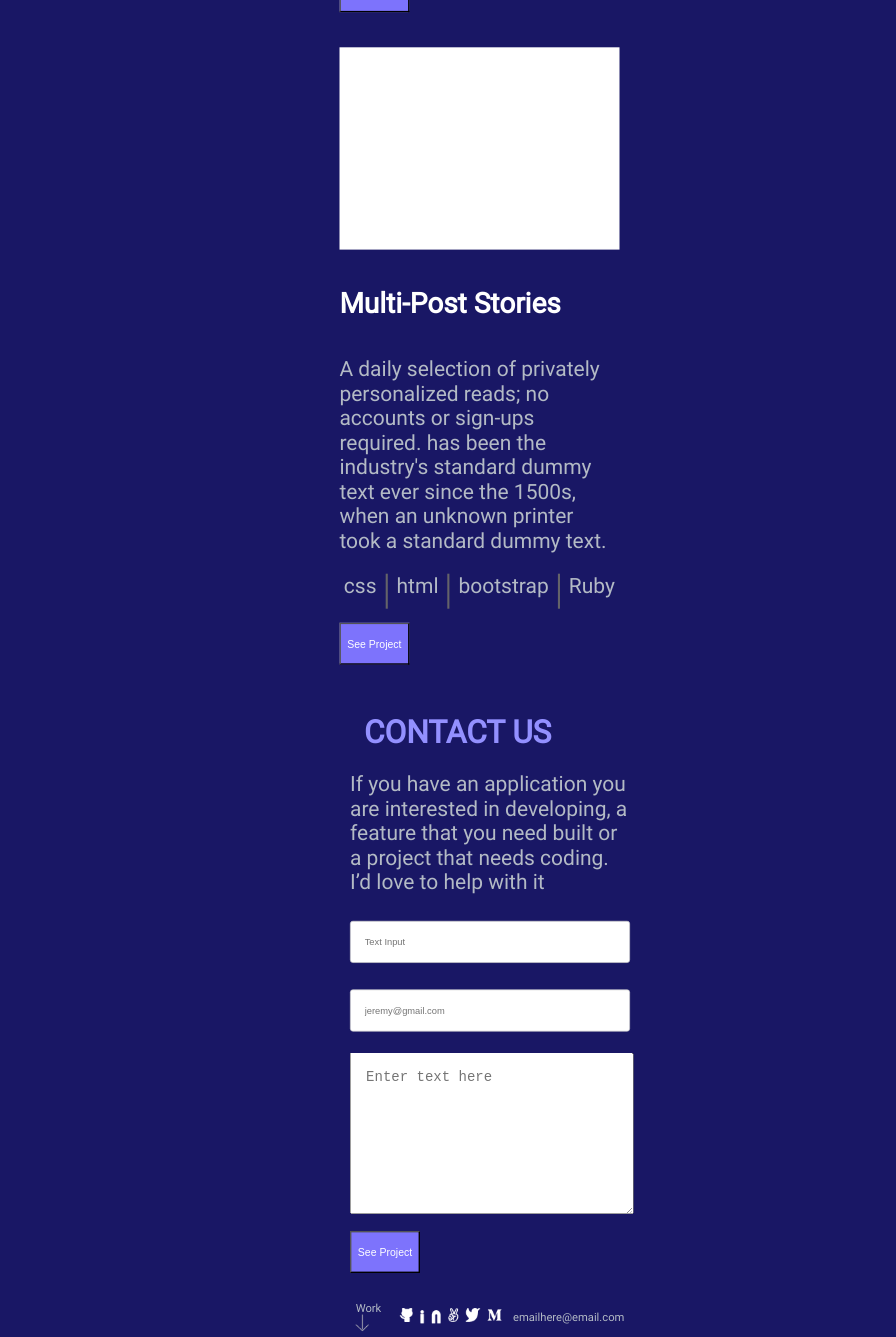
Repository: mustabbas/Portfolio
Page: index.html
The author's editor kept a copy of each file at every save. The page is drawn from the files as they stood at one save, then again after the next save.
The browser window is 1280 px wide. The pictures show the part of the page from y = 3942 to 5862 px (the page is 5852 px tall before and 5862 px after), at 70% of full size.

Above is the page before, as saved 2021-08-17 17:56:11.

### index.html
<!DOCTYPE html>
<html lang="en">
<head>
    <meta charset="UTF-8">
    <meta name="viewport" content="width=device-width, initial-scale=1.0">
    <meta http-equiv="X-UA-Compatible" content="ie=edge">
    <link rel="stylesheet" href="style.css"/>
    <title>Mustafa Portfolio</title>
</head>
<body>
    <section class="container">
        <header class="header">
            <a href="#"><h2>Mustafa Abbas</h2></a>
            <nav class="humberger">
            <img  src="./assets/img/humberger.png" alt="humberger"/>
            <img  src="./assets/img/humberger.png" alt="humberger"/>
            <img  src="./assets/img/humberger.png" alt="humberger"/>
            </nav>
            <ul class="main-nav">
                <li><a href="#">Portoflio</a></li>
                <li><a href="#">About</a></li>
                <li><a href="#">Contact</a></li>
                <li ><a href="#"><img class="email-pic" src="./assets/img/Icon-Mail.png" alt="email"/></a></li >
            </ul>
        </header>
        <div class="head-wraper">
            <div class="title-wraper">
                <h1>Mustafa Abbas</h1>
                <h2>Software Developer</h2>
            </div>
        </div>
        <div class="box"><p>I can help you build a product , feature or website Look through some of my work and experience! If you like what you see and have a project you need coded,  don’t hestiate to contact me.</p></div>
        <div class="line"></div>
        <div class="skills">
        <ul>
            <li>Language</li>
            <li>Javascript</li>
            <li>Ruby</li>
            <li>Html</li>
            <li>Css</li>
        </ul>
        <ul>
            <li>Frameworks</li>
            <li>Ruby on Rails</li>
            <li>Bootstrap</li>
            <li>RSPec</li>
            <li>CapyBara</li>
        </ul>
        <ul>
            <li>Skills</li>
            <li>Codekit</li>
            <li>Github</li>
            <li>Codepen</li>
            <li>Gitlab</li>
        </ul>
      </div>
      <div class="line"></div>
    </section>
        <div class="footer-nav">
            <div class="work-container upper">
            <span>Work</span>
            <div class="arrow-container">
            <img src="./assets/img/Vector-line-arrow.png" alt="Vector-line-arrow"/>
            <img src="./assets/img/Vector-arrow.png" alt="Vector-arrow"/>
             </div>
            </div>
            <div class="vector-container">
                <ul>
                    <li><img src="./assets/img/Vector-github.png" alt="Vector-github"/></li>
                    <li>
                        <div class="linked-container">
                            <div>
                                <img src="./assets/img/Vector-dot-linkedin.png" alt="Vector-dot-linkedin"/>
                                <img src="./assets/img/Vector-line-linkedin.png" alt="Vector-line-linkedin"/>
                          </div>
                                <img id="vector2" src="./assets/img/Vector-n-linkedin.png" alt="Vector-n-linkedin"/>
                         </div>
                    </li>
                    <li> <img src="./assets/img/Vector.png" alt="Vector"/></li>
                    <li><img src="./assets/img/Vector-twitter.png" alt="Vector-twitter"/></li>
                    <li> <img src="./assets/img/Vector-M.png" alt="Vector-M"/></li>
                </ul>

             </div>
             <div class="work-container">
            <div class="arrow-container">
            <img src="./assets/img/Vector-line-arrow.png" alt="Vector-line-arrow"/>
            <img src="./assets/img/Vector-arrow.png" alt="Vector-arrow"/>
            </div>
            <span>Work</span>
            </div>
        </div>
    <section class="recent-work">
    <h3>My recent work</h3>
    <div class="line"></div>
    <div class="card">
       <img src="./assets/img/Placeholder.png" alt="Placeholder"/>
       <div class="card-body">
           <h4>Multi-Post Stories</h4>
           <p>A daily selection of privately personalized reads; no accounts or sign-ups required. has been the industry's standard dummy text ever since the 1500s, when an unknown printer took a standard dummy text.</p>
            <ul>
                <li>css</li>
                <li class="vertical-line"></li>
                <li>html</li>
                <li class="vertical-line"></li>
                <li>bootstrap</li>
                <li class="vertical-line"></li>
                <li>Ruby</li>
            </ul>
            <button class="button">See Project</button>
       </div>
    </div>
    <div class="card">
        <img src="./assets/img/Placeholder.png" alt="Placeholder"/>
        <div class="card-body">
            <h4>Multi-Post Stories</h4>
            <p>A daily selection of privately personalized reads; no accounts or sign-ups required. has been the industry's standard dummy text ever since the 1500s, when an unknown printer took a standard dummy text.</p>
             <ul>
                 <li>css</li>
                 <li class="vertical-line"></li>
                 <li>html</li>
                 <li class="vertical-line"></li>
                 <li>bootstrap</li>
                 <li class="vertical-line"></li>
                 <li>Ruby</li>
             </ul>
             <button class="button">See Project</button>
        </div>
     </div>
     <div class="card">
        <img src="./assets/img/Placeholder.png" alt="Placeholder"/>
        <div class="card-body">
            <h4>Multi-Post Stories</h4>
            <p>A daily selection of privately personalized reads; no accounts or sign-ups required. has been the industry's standard dummy text ever since the 1500s, when an unknown printer took a standard dummy text.</p>
             <ul>
                 <li>css</li>
                 <li class="vertical-line"></li>
                 <li>html</li>
                 <li class="vertical-line"></li>
                 <li>bootstrap</li>
                 <li class="vertical-line"></li>
                 <li>Ruby</li>
             </ul>
             <button class="button">See Project</button>
        </div>
     </div>
     <div class="card">
        <img src="./assets/img/Placeholder.png" alt="Placeholder"/>
        <div class="card-body">
            <h4>Multi-Post Stories</h4>
            <p>A daily selection of privately personalized reads; no accounts or sign-ups required. has been the industry's standard dummy text ever since the 1500s, when an unknown printer took a standard dummy text.</p>
             <ul>
                 <li>css</li>
                 <li class="vertical-line"></li>
                 <li>html</li>
                 <li class="vertical-line"></li>
                 <li>bootstrap</li>
                 <li class="vertical-line"></li>
                 <li>Ruby</li>
             </ul>
             <button class="button">See Project</button>
        </div>
     </div>
    </section>

    <section class="card-container">
        <div class="card">
        <div class="card-body">
        <h3>CONTACT US</h3>
        <p>If you have an application you are interested in developing, a feature that you need built or a project that needs coding. I’d love to help with it </p>
        <form>
        <input type="text" placeholder="Text Input" maxlength="30" required/>
        <input type="email" placeholder="jeremy@gmail.com" required/>
        <textarea rows="15" cols="48" placeholder="Enter text here" maxlength="500" required></textarea>
        <button class="button">See Project</button>
        </form>
        </div>
        <div class="footer-nav">
            <div class="work-container upper">
            <span>Work</span>
            <div class="arrow-container">
            <img src="./assets/img/Vector-line-arrow.png" alt="Vector-line-arrow"/>
            <img src="./assets/img/Vector-arrow.png" alt="Vector-arrow"/>
             </div>
            </div>
            <div class="vector-container">
                <ul>
                    <li><img src="./assets/img/Vector-github.png" alt="Vector-github"/></li>
                    <li>
                        <div class="linked-container">
                            <div>
                                <img src="./assets/img/Vector-dot-linkedin.png" alt="Vector-dot-linkedin"/>
                                <img src="./assets/img/Vector-line-linkedin.png" alt="Vector-line-linkedin"/>
                          </div>
                                <img src="./assets/img/Vector-n-linkedin.png" alt="Vector-n-linkedin"/>
                         </div>
                    </li>
                    <li> <img src="./assets/img/Vector.png" alt="Vector"/></li>
                    <li><img src="./assets/img/Vector-twitter.png" alt="Vector-twitter"/></li>
                    <li> <img src="./assets/img/Vector-M.png" alt="Vector-M"/></li>
                </ul>

             </div>
            <span>emailhere@email.com</span>
        </div>
    </div>
    </section>


</body>
</html>

### style.css
@font-face {
  font-family: 'roboto';
  src: url(assets/font/Roboto/Roboto-Regular.ttf);
}

body {
  background-color: #191765;
  font-family: 'roboto', sans-serif;
}

ul {
  margin: 0;
  padding: 0;
  list-style: none;
}

h1 {
  color: #9390ff;
}

p,
h2,
td,
li,
a,
span {
  color: #b3bac5;
}

.header {
  display: flex;
  justify-content: space-around;
  align-items: center;
}

.header a {
  text-decoration: none;
}

.main-nav {
  display: flex;
}

.main-nav a {
  display: block;
  padding: 1em;
  text-decoration: none;
}

.head-wraper {
  display: flex;
  justify-content: center;
  align-items: center;
  background-image: url("./assets/img/circle1header.svg");
  background-repeat: no-repeat;
  background-position: -160px -50px;
}

.title-wraper {
  flex-direction: column;
  justify-content: center;
}

.title-wraper h1 {
  font-size: 3rem;
}

.title-wraper h2 {
  font-size: 2rem;
  margin-top: 0;
}

.container {
  display: flex;
  flex-direction: column;
  justify-content: center;
  align-items: center;
  width: 500px;
}

.box {
  min-width: 450px;
  width: 33.333%;
  margin: 50px;
}

.box p {
  font-size: 20px;
  font-weight: 300;
  text-align: center;
  color: #b3bac5;
}

.line {
  min-width: 450px;
  width: 33.333%;
  border-bottom: 1px solid #646369;
}

.skills {
  display: flex;
  justify-content: space-between;
  flex-wrap: wrap;
  width: 500px;
  background-image: url("./assets/img/circle1header.svg");
  background-repeat: no-repeat;
  background-position: 400px 10px;
}

.skills ul {
  width: 40%;
  margin-top: 20px;
  margin-left: 40px;
}

.skills li {
  margin: 20px;
}

.skills ul li:first-child {
  color: #9390ff;
}

.email-pic {
  color: #b3bac5;
}

.footer-nav {
  display: flex;
  justify-content: space-around;
  align-items: center;
  margin-top: 40px;
}

.work-container .work-container2 {
  display: flex;
  justify-content: space-around;
}

.vector-container ul {
  display: flex;
  justify-content: center;
  align-items: center;
}

.vector-container img {
  margin-left: 10px;
}

.arrow-container {
  display: flex;
  flex-direction: column;
  align-items: flex-start;
  margin-right: 10px;
}

.arrow-container img:first-child {
  margin-left: 9px;
}

.arrow-container img:last-child {
  margin-top: -8px;
}

.linked-container {
  display: flex;
}

.linked-container div {
  display: flex;
  flex-direction: column;
}

#vector2 {
  margin-left: auto;
}

h3 {
  font-size: 45px;
  color: #9390ff;
  margin: 20px;
  text-transform: uppercase;
  margin-left: 150px;
}

.recent-work {
  display: grid;
  grid-template-columns: auto;
  grid-template-rows: auto;
  justify-content: center;
}

.card-container {
  display: grid;
  grid-template-columns: auto;
  grid-template-rows: auto;
  justify-content: center;
}

.card {
  display: flex;
  flex-direction: column;
  width: 400px;
  margin-left: 120px;
  margin-top: 50px;
}

.card-body h4 {
  font-size: 40px;
  color: #fff;
}

.card-body p {
  font-size: 30px;
  text-align: left;
}

.card-body h3 {
  font-size: 45px;
  color: #9390ff;
  margin: 20px;
  text-transform: uppercase;
}

.card-body ul {
  display: flex;
  justify-content: space-around;
  font-size: 30px;
  text-align: left;
}

.vertical-line {
  height: 50px;
  border-right: 3px solid #646369;
}

.button {
  background-color: #7d73fc;
  width: 100px;
  height: 60px;
  color: #fff;
  font-size: 15px;
  margin-top: 20px;
}

.button:hover {
  box-shadow: 0 8px 16px rgba(125, 115, 252, 0.48);
}

input {
  width: 100%;
  height: 60px;
  padding: 12px 20px;
  margin: 8px 0;
  display: inline-block;
  border: 1px solid #ccc;
  border-radius: 4px;
  box-sizing: border-box;
  margin-bottom: 30px;
}

textarea::placeholder {
  font-size: 20px;
  padding: 20px;
}

.btn {
  margin-left: 150px;
  margin-top: 30px;
}

@media only screen and (max-width: 500px) {
  .header {
    width: 500px;
    justify-content: space-around;
  }

  .header ul {
    display: none;
  }

  .main-nav {
    flex-direction: column;
  }

  .head-wraper {
    width: 500px;
  }

  .head-wraper img {
    margin-left: -200px;
  }

  .right {
    margin-right: -100px;
  }

  .container img {
    margin-right: -500px;
  }

  .humberger {
    display: flex;
    flex-direction: column;
    justify-content: space-between;
  }

  .humberger img {
    width: 33.33px;
    height: 3px;
    margin: 5px;
    background-color: #b3bac5;
  }

  .footer-nav {
    width: 500px;
    flex-direction: column;
  }

  .upper {
    display: none !important;
  }

  .work-container {
    display: flex;
    margin-top: 30px;
  }
}

After the next save:
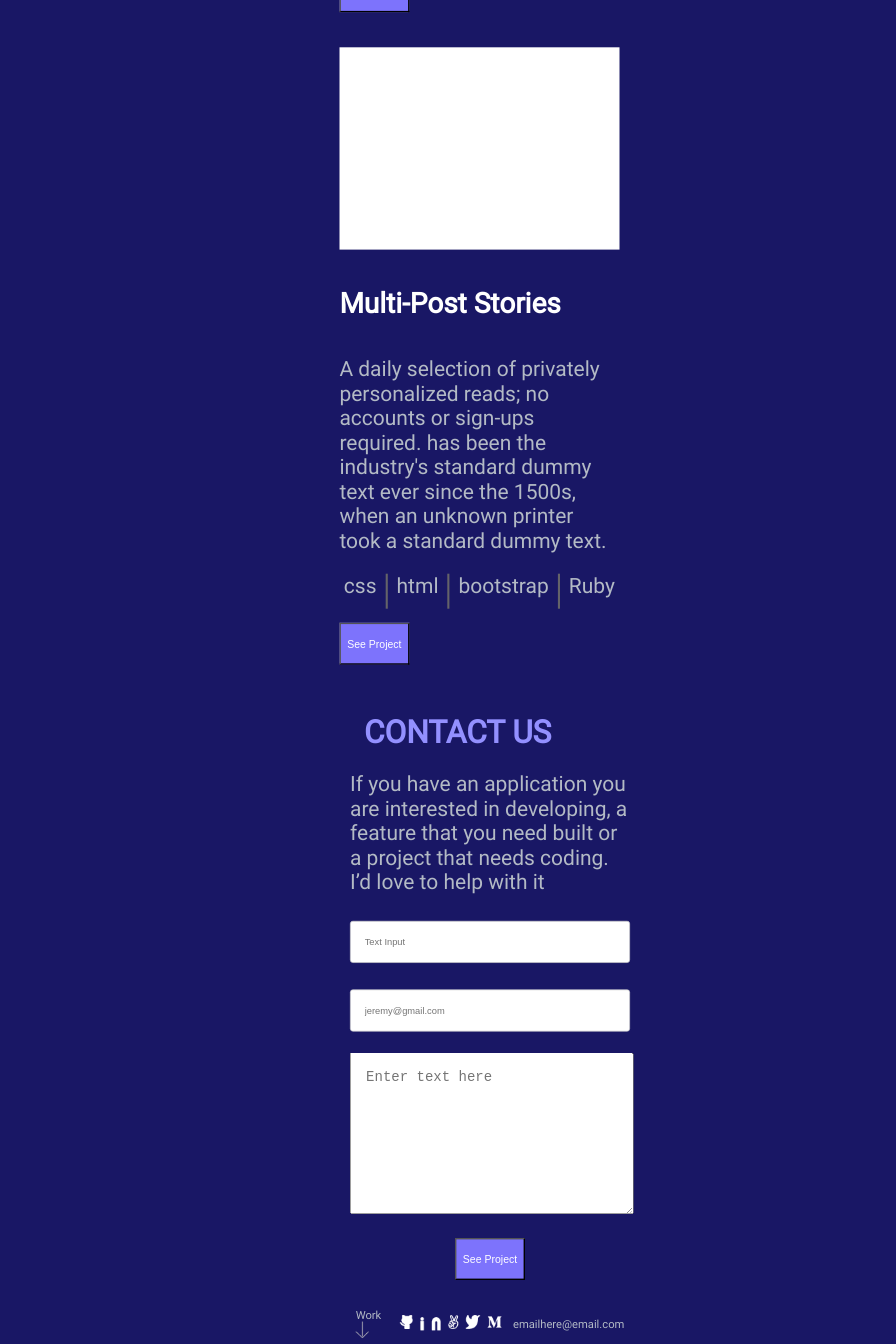
Saved 20 s later.
--- a/index.html
+++ b/index.html
@@ -172,7 +172,7 @@
         <input type="text" placeholder="Text Input" maxlength="30" required/>
         <input type="email" placeholder="jeremy@gmail.com" required/>
         <textarea rows="15" cols="48" placeholder="Enter text here" maxlength="500" required></textarea>
-        <button class="button">See Project</button>
+        <button class="button btn">See Project</button>
         </form>
         </div>
         <div class="footer-nav">
